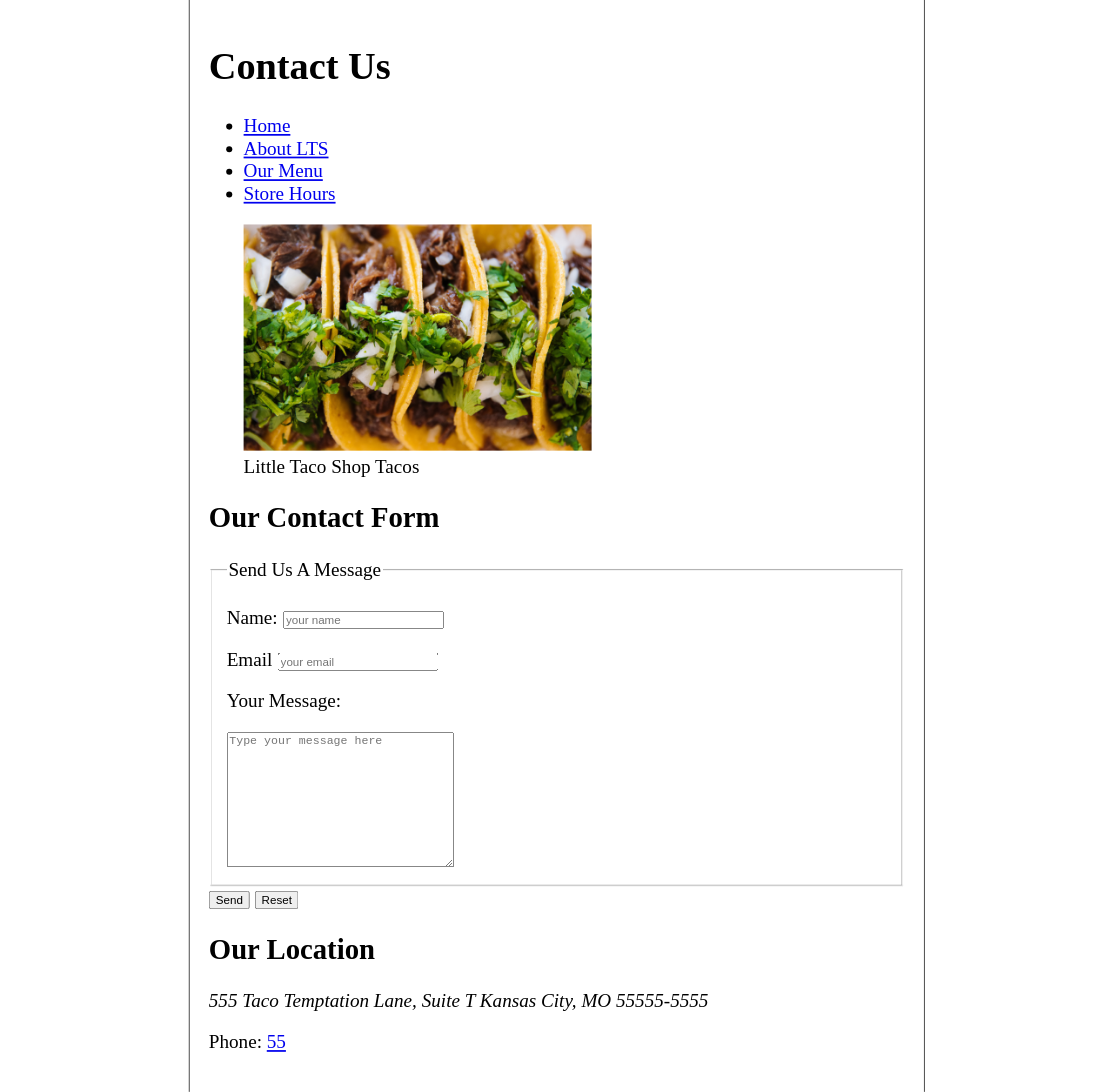
Repository: Israa-Odeh/html-basics-project
Page: contact.html
These files come from the project's save history. The page is drawn as it stood at one moment and after the next save; the edit follows.
The browser window is 1280 px wide. The pictures show the whole page, at 87% of full size.

Above is the page before, as saved 2024-08-20 03:16:04.

### contact.html
<!DOCTYPE html>
<html>

<head>
    <meta charset="UTF-8">
    <meta name="author" content="Israa Odeh">
    <meta name="description"
        content="Get in touch with Little Taco Shop! Visit our Contact Us page for our phone number, and location details. We are here to help with any questions or feedback.">
    <title>Contact Us - LTS</title>
    <link rel="icon" href="favicon.ico" type="image/x-icon">
    <link rel="stylesheet" href="css/style.css">
</head>

<body>
    <header>
        <h1>Contact Us</h1>
        <nav>
            <ul>
                <li>
                    <a href="index.html">Home</a>
                </li>
                <li>
                    <a href="index.html#about">About LTS</a>
                </li>
                <li>
                    <a href="index.html#menu">Our Menu</a>
                </li>
                <li>
                    <a href="hours.html">Store Hours</a>
                </li>
            </ul>
        </nav>
        <figure>
            <img src="img/tacos_close_up_400x260.png"
                alt="Close-up of a taco topped with fresh onions and vibrant parsley." width="400" height="260">
            <figcaption>Little Taco Shop Tacos</figcaption>
        </figure>
    </header>

    <main>
        <h2>Our Contact Form</h2>
        <form action="https://httpbin.org/post" method="post">
            <fieldset>
                <legend>Send Us A Message</legend>
                <p>
                    <label for="name">Name:</label>
                    <input type="text" id="name" name="name" placeholder="your name" required autocomplete="name">
                </p>
                <p>
                    <label for="email">Email</label>
                    <input type="email" id="email" name="email" placeholder="your email" required autocomplete="email">
                </p>
                <p>Your Message:</p>
                <textarea name="messgae" id="message" rows="10" cols="30" placeholder="Type your message here"
                    required></textarea>
            </fieldset>
            <button type="submit">Send</button>
            <button type="reset">Reset</button>
        </form>

        <h2>Our Location</h2>
        <address>
            555 Taco Temptation Lane, Suite T
            Kansas City, MO 55555-5555
        </address>
        <p>Phone: <a href="tel:555-555-5555">55</a></p>

    </main>

    <footer>

    </footer>

</body>

</html>

Loaded but not shown: css/style.css (common file)

After the next save:
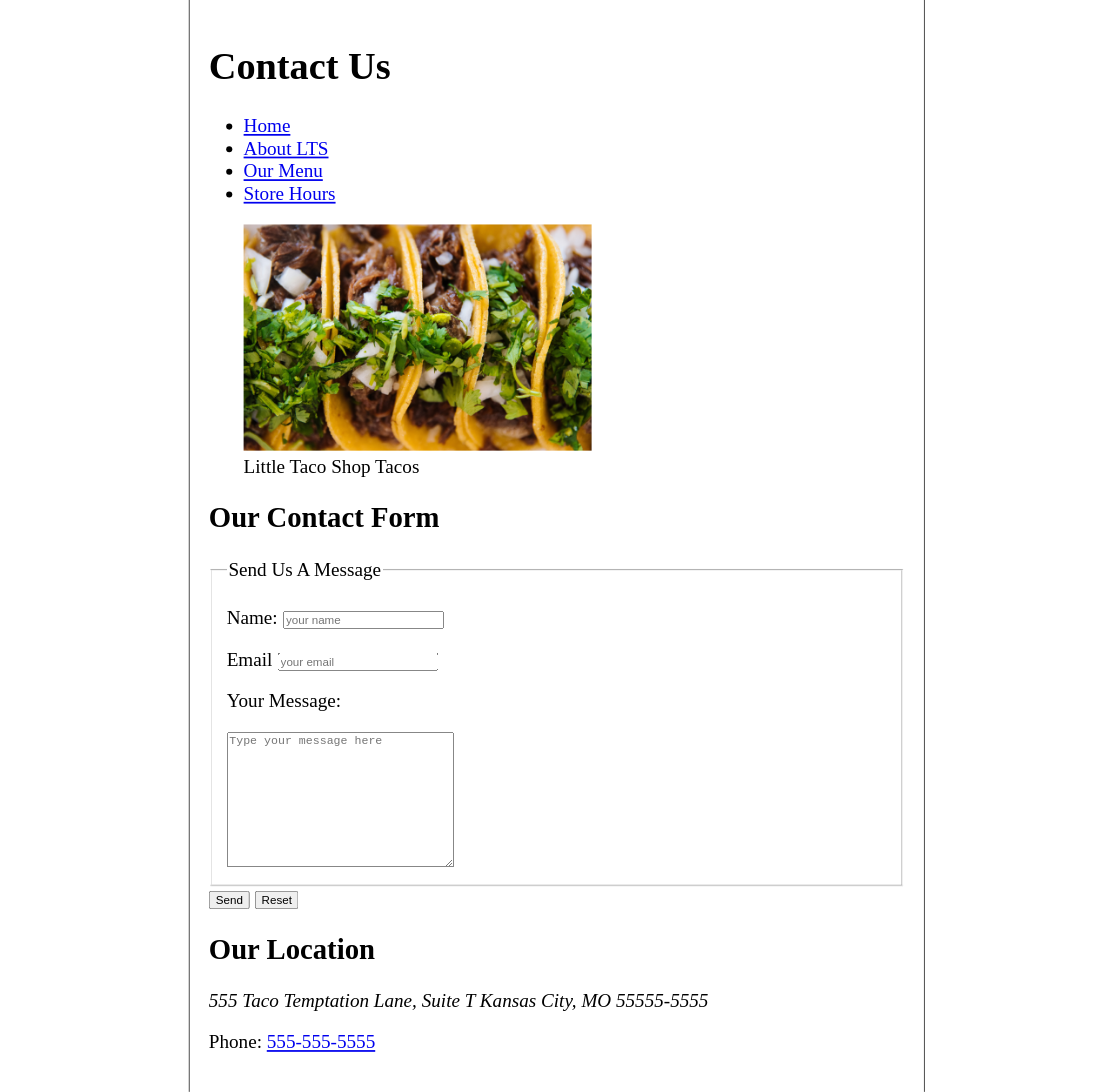
Saved 4 s later.
--- a/contact.html
+++ b/contact.html
@@ -63,7 +63,7 @@
             555 Taco Temptation Lane, Suite T
             Kansas City, MO 55555-5555
         </address>
-        <p>Phone: <a href="tel:555-555-5555">55</a></p>
+        <p>Phone: <a href="tel:555-555-5555">555-555-5555</a></p>
 
     </main>
 
